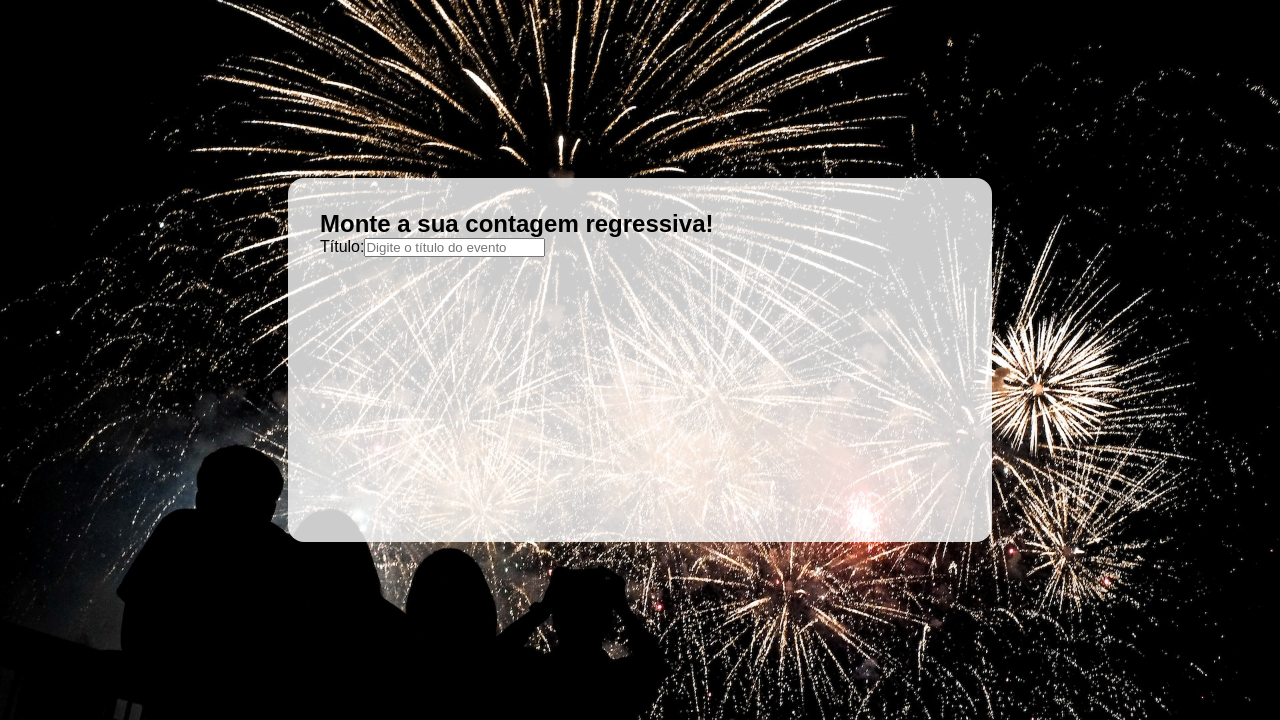
Repository: Bitroia/countdown_timer
Page: / (app in countdown/)
The author's editor kept a copy of each file at every save. The page is drawn from the files as they stood at one save, then again after a run of saves.
The browser window is 1280 px wide. The pictures show the whole page.
The project was rebuilt for these pictures with package versions that can differ from the ones it lists, and the page was loaded fresh each time. Also part of the build but not shown: countdown/vite.config.js, countdown/src/components/Title.css, countdown/src/components/Title.jsx, countdown/src/components/Counter.css, countdown/src/components/Counter.jsx, countdown/src/routes/Countdown.jsx.

Above is the page before, as saved 2026-07-07 20:05:59.

### countdown/index.html
<!doctype html>
<html lang="en">
  <head>
    <meta charset="UTF-8" />
    <link rel="icon" type="image/svg+xml" href="/favicon.svg" />
    <meta name="viewport" content="width=device-width, initial-scale=1.0" />
    <title>countdown</title>
  </head>
  <body>
    <div id="root"></div>
    <script type="module" src="/src/main.jsx"></script>
  </body>
</html>

### countdown/src/main.jsx
import { StrictMode } from "react";
import { createRoot } from "react-dom/client";
import "./index.css";
import App from "./App.jsx";

import { createBrowserRouter, RouterProvider } from "react-router-dom";

//!Pages

import Home from "./routes/Home.jsx";
import Countdown from "./routes/Countdown.jsx";

const router = createBrowserRouter([
  {
    path: "/",
    element: <App />,
    children: [
      {
        path: "/",
        element: <Home />,
      },
      {
        path: "/countdown",
        element: <Countdown />,
      },
    ],
  },
]);

createRoot(document.getElementById("root")).render(
  <StrictMode>
    <RouterProvider router={router} />
  </StrictMode>,
);

### countdown/src/index.css
* {
  margin: 0;
  padding: 0;
  font-family: Arial, Helvetica, sans-serif;

}

body {
  min-height: 100vh;
}

### countdown/src/App.jsx
import "./App.css";
import NewYear from "./assets/newyear.jpg";
import useCountdown from "./hooks/useCountdown";
import { Outlet } from "react-router-dom";

function App() {

  return (
    <div className="app" style={{ backgroundImage: `url(${NewYear})` }}>
      <div className="container">
        <Outlet/>
        </div>

      </div>
  );
}

export default App;

### countdown/src/routes/Home.jsx
import React from 'react'

const Home = () => {
  return (
    <div className='Home'>
      <h2>Monte a sua contagem regressiva!</h2>
      <form className='countdown-form'>
        <label>
          <span>Título:</span>
          <input type="text" name="title" placeholder='Digite o título do evento'/>
        </label>
      </form>
    </div>
  )
}

export default Home

### countdown/src/App.css
.app {
  min-height: 100vh;
  background-size: cover;
  background-position: center;
  display: flex;
  justify-content: center;
  align-items: center;
}

.container {
  min-width: 50%;
  min-height: 300px;
  background-color: rgba(255, 255, 255, 0.8);
  padding: 2rem;
  border-radius: 1rem;
}

.countdown-container {
  display: flex;
  justify-content: center;
  align-items: center;
  height: 200px;
  gap: 2rem;
}

### countdown/src/hooks/useCountdown.jsx
import { useState } from "react";

const useCountdown = (date) => {
  const [day, setDay] = useState();
  const [hour, setHour] = useState();
  const [minute, setMinute] = useState();
  const [second, setSecond] = useState();

  const countdown = () => {

    const countDate = new Date(date).getTime();
    const now = new Date().getTime();
    const interval = countDate - now;

    const second = 1000;
    const minute = second * 60;
    const hour = minute * 60;
    const day = hour * 24;

    const dayNumber = Math.floor(interval / day);
    const hourNumber = Math.floor((interval % day) / hour);
    const minuteNumber = Math.floor((interval % hour) / minute);
    const secondNumber = Math.floor((interval % minute) / second);

    setDay(dayNumber);
    setHour(hourNumber);
    setMinute(minuteNumber);
    setSecond(secondNumber);
  };

  setInterval(countdown, 1000);
  return [day,hour,minute,second];
};

export default useCountdown;

After the next 2 saves:
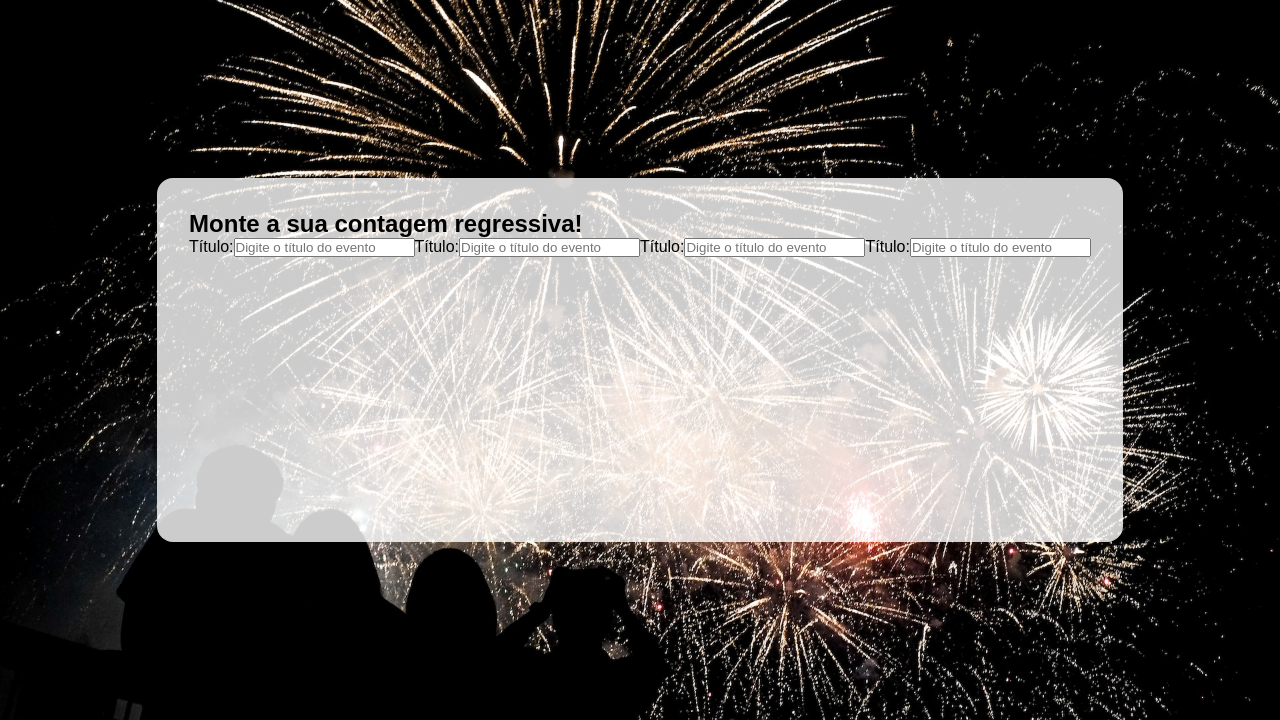
The 2 saves are shown as one change because they came seconds apart.
The last was saved 7 s later.
--- a/countdown/src/routes/Home.jsx
+++ b/countdown/src/routes/Home.jsx
@@ -1,17 +1,48 @@
-import React from 'react'
+import React from "react";
 
 const Home = () => {
   return (
-    <div className='Home'>
+    <div className="Home">
       <h2>Monte a sua contagem regressiva!</h2>
-      <form className='countdown-form'>
+      <form className="countdown-form">
         <label>
           <span>Título:</span>
-          <input type="text" name="title" placeholder='Digite o título do evento'/>
+          <input
+            type="text"
+            name="title"
+            placeholder="Digite o título do evento"
+          />
+        </label>
+
+        <label>
+          <span>Título:</span>
+          <input
+            type="text"
+            name="title"
+            placeholder="Digite o título do evento"
+          />
+        </label>
+
+        <label>
+          <span>Título:</span>
+          <input
+            type="text"
+            name="title"
+            placeholder="Digite o título do evento"
+          />
+        </label>
+
+        <label>
+          <span>Título:</span>
+          <input
+            type="text"
+            name="title"
+            placeholder="Digite o título do evento"
+          />
         </label>
       </form>
     </div>
-  )
-}
+  );
+};
 
-export default Home
+export default Home;
